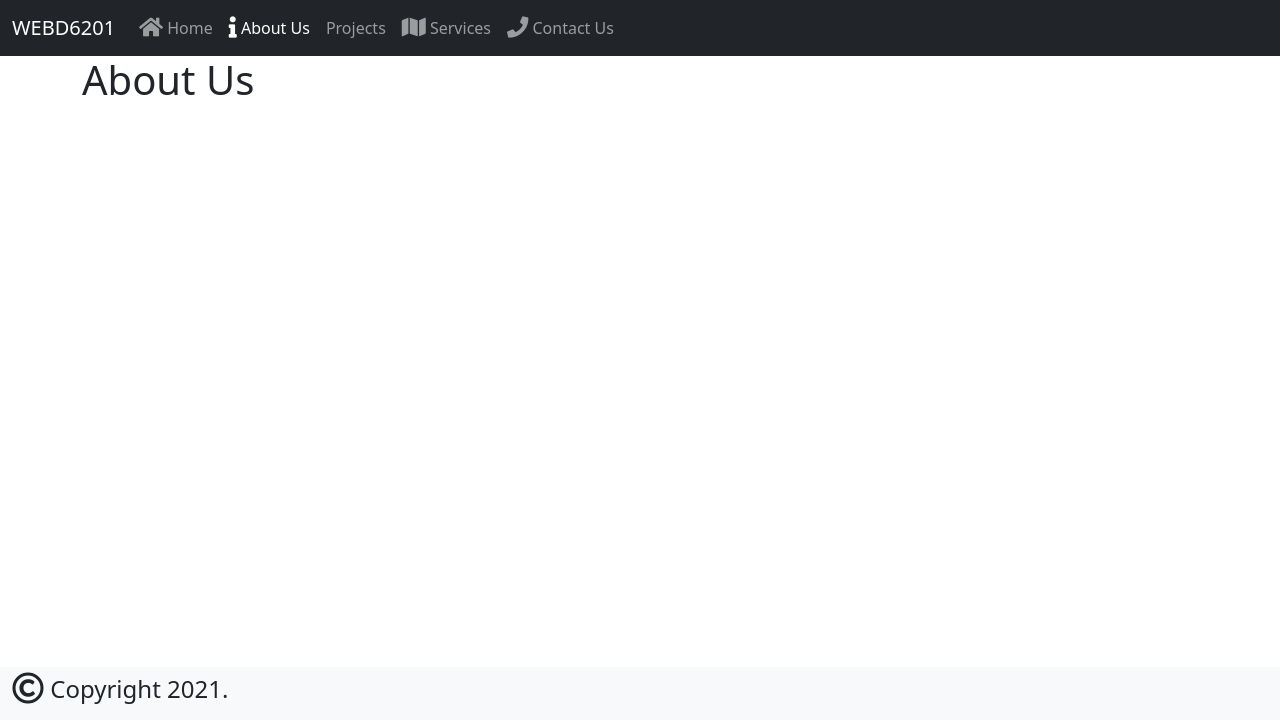
Repository: YiuWingLau/WEBD6201-W2021-Lab1
Page: about.html
The author's editor kept a copy of each file at every save. The page is drawn from the files as they stood at one save, then again after the next save.
The browser window is 1280 px wide. The pictures show the whole page.

Above is the page before, as saved 2021-02-03 21:37:04.
Console error: TypeError: Cannot set properties of null (setting 'textContent')

### about.html
<!DOCTYPE html>
<html lang="en">
<head>
    <meta charset="UTF-8">
    <meta name="viewport" content="width=device-width, initial-scale=1.0">
    <title>About</title>

    <!--CSS Section -->
    <link rel="stylesheet" href="./node_modules/bootstrap/dist/css/bootstrap.min.css">
    <link rel="stylesheet" href="./node_modules/@fortawesome//fontawesome-free/css/all.min.css">
    <link rel="stylesheet" href="./Content/app.css">
</head>
<body>
    <!-- Main Header-->
    <header>
      <!-- Main Navigation-->
      <nav class="navbar navbar-expand-lg navbar-dark bg-dark">
          <div class="container-fluid">
            <a class="navbar-brand" href="index.html">WEBD6201</a>
            <button class="navbar-toggler" type="button" data-bs-toggle="collapse" data-bs-target="#navbarSupportedContent" aria-controls="navbarSupportedContent" aria-expanded="false" aria-label="Toggle navigation">
              <span class="navbar-toggler-icon"></span>
            </button>
            <div class="collapse navbar-collapse" id="navbarSupportedContent">
              <ul class="navbar-nav me-auto mb-2 mb-lg-0">

                  <li class="nav-item">
                    <a class="nav-link" aria-current="page" href="index.html"><i class="fas fa-home fa-lg"></i> Home</a>
                  </li>

                  <li class="nav-item">
                    <a class="nav-link active" aria-current="page" href="about.html"><i class="fas fa-info fa-lg"></i> About Us</a>
                  </li>
                  <li class="nav-item">
                    <a id="navBarProjects" class="nav-link" aria-current="page" href="products.html"><i class="fas fa-cog fa-lg"></i> Products</a>
                  </li>
                  <li class="nav-item">
                    <a class="nav-link" aria-current="page" href="services.html"><i class="fas fa-map fa-lg"></i> Services</a>
                  </li>
                  <li class="nav-item">
                    <a class="nav-link" aria-current="page" href="contact.html"><i class="fas fa-phone fa-lg"></i> Contact Us</a>
                  </li>
              </ul>
            </div>
          </div>
      </nav>
    </header>

    <!-- Main Content -->
    <main class="container">
        <h1>About Us</h1>
    </main>

    <!-- Main Footer -->
    <footer>
        <nav class="navbar fixed-bottom navbar-light bg-light">
            <div class="container-fluid">
              <h4><i class="far fa-copyright fa-lg"></i> Copyright 2021.</a></h4>
            </div>
        </nav>
    </footer>
    <!-- JavaScript Section -->
    <script src="./node_modules/jquery/dist/jquery.min.js"></script>
    <script src="./node_modules/bootstrap/dist/js/bootstrap.bundle.min.js"></script>
    <script src="./Scripts/app.js"></script>
</body>
</html>

### Scripts/app.js
/* custom JavaScript goes here */

//IIFE - Immediately Invoked Function Expression
//AKA - Anonymous Self-Executing Function
//Closure - limits scope leak

"use strict";

(function()
{
    function displayHome()
    {
        let paragraphOneText =
          "This is a simple site to demonstrate DOM Manipulation for ICE 1";

        let paragraphOneElement = document.getElementById("paragraphOne");

        paragraphOneElement.textContent = paragraphOneText;
        paragraphOneElement.className = "fs-5";

        // Step 1. document.createElement
        let newParagraph = document.createElement("p");
        // Step 2. configure the element
        newParagraph.setAttribute("id", "paragraphTwo");
        newParagraph.textContent = "...And this is paragraph two";
        // Step 3. select the parent element
        let mainContent = document.getElementsByTagName("main")[0];
        // Step 4. Add / Insert the element
        mainContent.appendChild(newParagraph);
        newParagraph.className = "fs-6";

        // another way of injecting content
        let paragraphDiv = document.createElement("div");
        let paragraphThree = `<p id="paragraphThree" class="fs-7 fw-bold">And this is the Third Paragraph</p>`;
        paragraphDiv.innerHTML = paragraphThree;

        // insertions

        // example of inserting before a node
        //newParagraph.before(paragraphDiv);

        // example of inserting after a node
        newParagraph.after(paragraphDiv);

        // deletions

        // example of removing a single element
        //paragraphOneElement.remove();

        // example of removeChild
        mainContent.removeChild(paragraphOneElement);
        // update / modification
        //mainContent.firstElementChild.textContent = "Welcome Home!";

        mainContent.innerHTML = `<h1 id="firstHeading">Welcome to Nelson's web page</h1>
         <p id="paragraphOne" class="fs-3 fw-bold">This is my home page, I'm welcome everyone to visit my site.</p>
        `;

    }

    function displayAbout()
    {
        let introducemyselfText =
          "This is a simple site to demonstrate DOM Manipulation for ICE 1";

        let introducemyselfElement = document.getElementById("introducemyself");

        introducemyselfElement.textContent = introducemyselfText;
        introducemyselfElement.className = "fs-5";

        // Step 1. document.createElement
        let newParagraph = document.createElement("p");

         // Step 2. configure the element
         newParagraph.setAttribute("id", "introducemyself");
         newParagraph.textContent = "...And this is paragraph one";

         // Step 3. select the parent element
         let mainContent = document.getElementsByTagName("main")[1];
         // Step 4. Add / Insert the element
         mainContent.appendChild(newParagraph);
         newParagraph.className = "fs-6";



         // another way of injecting content
        let paragraphDiv = document.createElement("div");
        let paragraphThree = `<p id="paragraphThree" class="fs-7 fw-bold">And this is the Third Paragraph</p>`;
        paragraphDiv.innerHTML = paragraphThree;

        // insertions

        // example of inserting before a node
        //newParagraph.before(paragraphDiv);

        // example of inserting after a node
        newParagraph.after(paragraphDiv);

        // deletions

        // example of removing a single element
        introducemyselfElement.remove();

        // example of removeChild
        mainContent.removeChild(introducemyselfElement);
        // update / modification
        //mainContent.firstElementChild.textContent = "Welcome Home!";

        mainContent.innerHTML = `<h1 id="firstHeading">About Nelson</h1>
         <p id="introducemyself" class="fs-3 fw-bold">Nelson is a computer programmer student, studied at Durham College</p>
        //`;
    }

    function displayProjects()
    {

    }

    function displayServices()
    {

    }

    function displayContact()
    {
        let messageArea = document.getElementById("messageArea");
        messageArea.hidden = true;

        // form validation
        let fullName = document.getElementById("fullName");
        fullName.addEventListener("blur", function() {
            if(fullName.value.length < 2)
            {
                fullName.focus();
                fullName.select();
                messageArea.hidden = false;
                messageArea.className = "alert alert-danger";
                messageArea.textContent = "Please enter an appropriate Name";
            }
            else
            {
                messageArea.removeAttribute("class");
                messageArea.hidden = true;
            }
        });

        let sendButton = document.getElementById("sendButton");
        sendButton.addEventListener("click", function(event){
            //event.preventDefault();

            let contact = new Contact(fullName.value, contactNumber.value, emailAddress.value);

            if(contact.serialize())
            {
              localStorage.setItem((localStorage.length + 1).toString(), contact.serialize());
            }

        });
    }

    function displayContactList()
    {
      if (localStorage.length > 0)
      {
        let contactList = document.getElementById("contactList");

        let data = "";

        for (let index = 0; index < localStorage.length; index++)
        {
          let contactData = localStorage.getItem((index + 1).toString());

          let contact = new Contact();
          contact.deserialize(contactData);

          data += `<tr>
          <th scope="row">${index + 1}</th>
          <td>${contact.FullName}</td>
          <td>${contact.ContactNumber}</td>
          <td>${contact.EmailAddress}</td>
        </tr>`;
        }

        contactList.innerHTML = data;
      }
    }



    function Start()
    {
        console.log("App Started...");

        //document.open("text/html","replace");
        //document.write("<a class='nav-link' aria-current='page' href='products.html'><i class="fas fa-cog fa-lg"></i> Products</a>");

        //<a id="navbarSupportedContent">Projects</a>
        //let navBarElement = getElementById("navbarSupportedContent");

        document.getElementById("navBarProjects").href = "projects.html";
        document.getElementById("navBarProjects").text = " Projects";
        //document.getElementById("navBarProjects").setAttribute("class", "fas fa-cog fa-lg");


        switch (document.title)
        {
          case "Home":
              displayHome();
            break;
          case "About":
              displayAbout();
            break;
          case "Projects":
              displayProjects();
            break;
          case "Services":
              displayServices();
            break;
          case "Contact":
              displayContact();
            break;
          case "Contact-List":
            displayContactList();
          break;
        }

    }

    window.addEventListener("load", Start);

})();

Loaded but not shown: node_modules/bootstrap/dist/css/bootstrap.min.css (library); node_modules/@fortawesome/fontawesome-free/css/all.min.css (library); node_modules/jquery/dist/jquery.min.js (library); node_modules/bootstrap/dist/js/bootstrap.bundle.min.js (library); Content/app.css (no stored copy; drawn as an empty file)

After the next save:
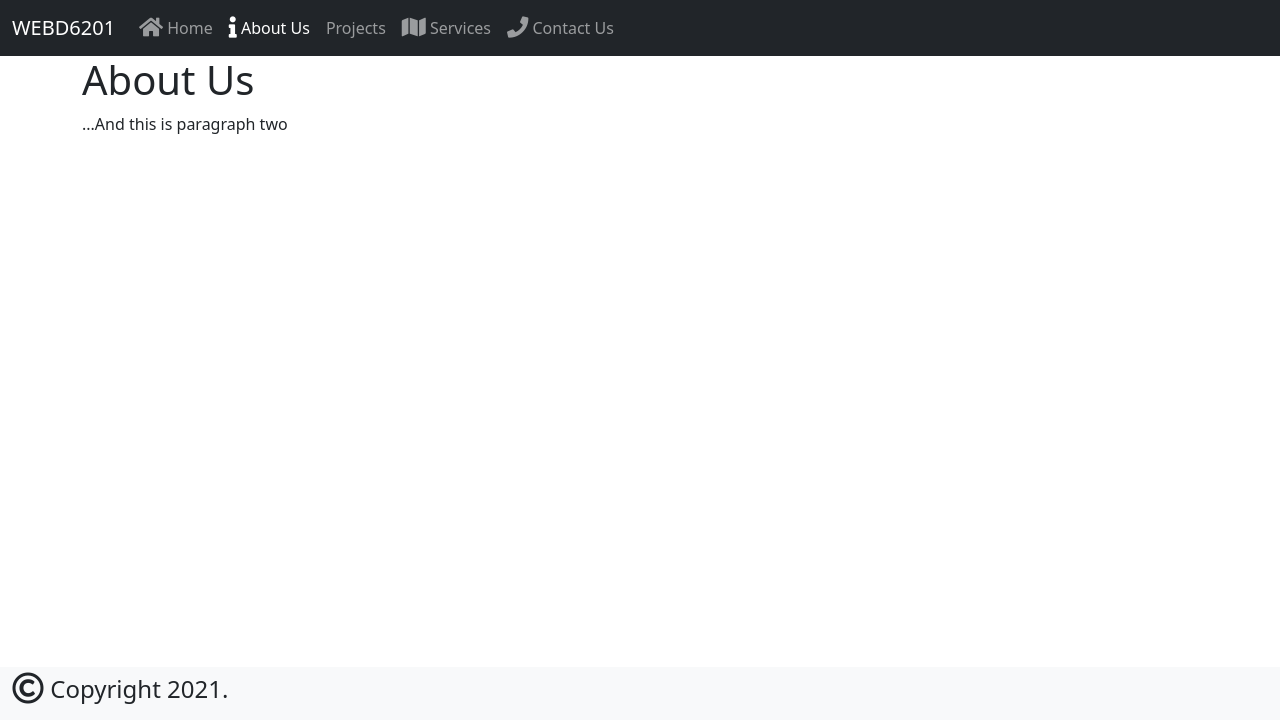
The error is gone.
Saved 82 s later.
--- a/Scripts/app.js
+++ b/Scripts/app.js
@@ -60,55 +60,16 @@
 
     function displayAbout()
     {
-        let introducemyselfText =
-          "This is a simple site to demonstrate DOM Manipulation for ICE 1";
-
-        let introducemyselfElement = document.getElementById("introducemyself");
-
-        introducemyselfElement.textContent = introducemyselfText;
-        introducemyselfElement.className = "fs-5";
-
-        // Step 1. document.createElement
-        let newParagraph = document.createElement("p");
-
-         // Step 2. configure the element
-         newParagraph.setAttribute("id", "introducemyself");
-         newParagraph.textContent = "...And this is paragraph one";
-
-         // Step 3. select the parent element
-         let mainContent = document.getElementsByTagName("main")[1];
-         // Step 4. Add / Insert the element
-         mainContent.appendChild(newParagraph);
-         newParagraph.className = "fs-6";
-
-
-
-         // another way of injecting content
-        let paragraphDiv = document.createElement("div");
-        let paragraphThree = `<p id="paragraphThree" class="fs-7 fw-bold">And this is the Third Paragraph</p>`;
-        paragraphDiv.innerHTML = paragraphThree;
-
-        // insertions
-
-        // example of inserting before a node
-        //newParagraph.before(paragraphDiv);
-
-        // example of inserting after a node
-        newParagraph.after(paragraphDiv);
-
-        // deletions
-
-        // example of removing a single element
-        introducemyselfElement.remove();
-
-        // example of removeChild
-        mainContent.removeChild(introducemyselfElement);
-        // update / modification
-        //mainContent.firstElementChild.textContent = "Welcome Home!";
-
-        mainContent.innerHTML = `<h1 id="firstHeading">About Nelson</h1>
-         <p id="introducemyself" class="fs-3 fw-bold">Nelson is a computer programmer student, studied at Durham College</p>
-        //`;
+                // Step 1. document.createElement
+                let newParagraph = document.createElement("p");
+                // Step 2. configure the element
+                newParagraph.setAttribute("id", "paragraphTwo");
+                newParagraph.textContent = "...And this is paragraph two";
+                // Step 3. select the parent element
+                let mainContent = document.getElementsByTagName("main")[0];
+                // Step 4. Add / Insert the element
+                mainContent.appendChild(newParagraph);
+                newParagraph.className = "fs-6";
     }
 
     function displayProjects()
